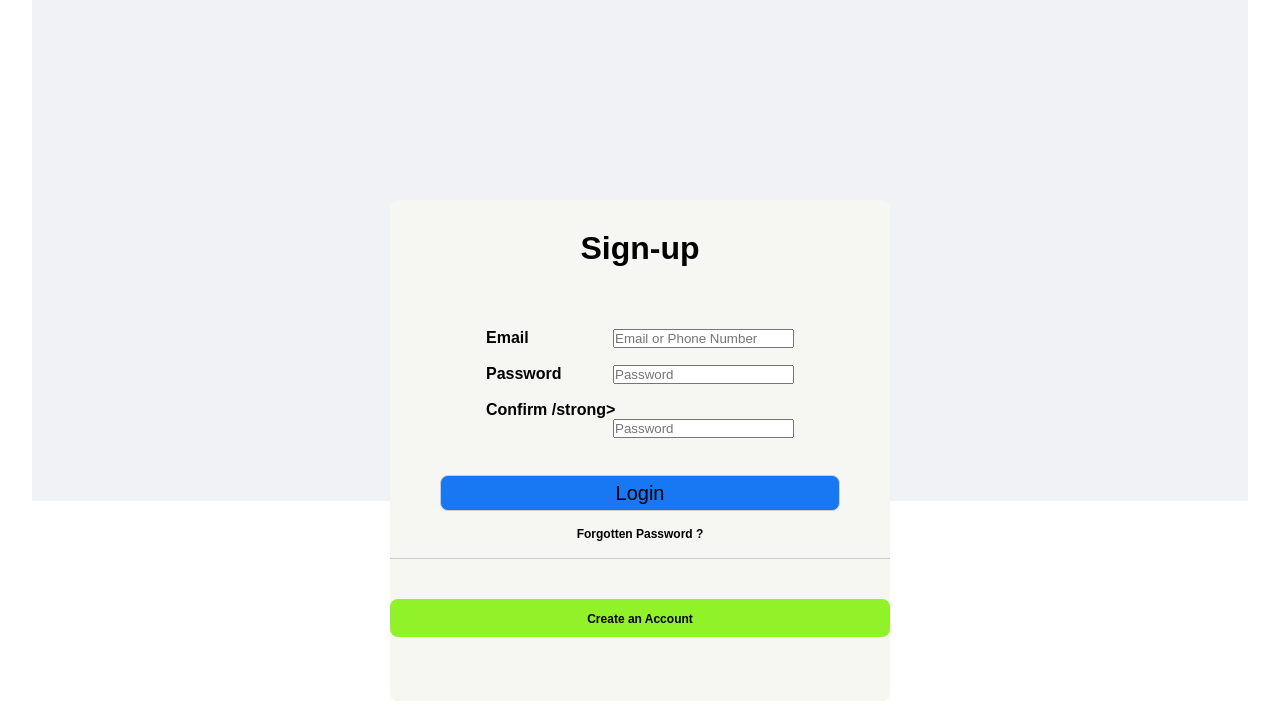
Repository: Naohonproject/web101x02_asm1
Page: Signup.html
The author's editor kept a copy of each file at every save. The page is drawn from the files as they stood at one save, then again after the next save.
The browser window is 1280 px wide. The pictures show the whole page.

Above is the page before, as saved 2022-01-16 00:23:31.

### Signup.html
<!-- @format -->

<!DOCTYPE html>
<html lang="en">
	<head>
		<meta charset="UTF-8" />
		<meta http-equiv="X-UA-Compatible" content="IE=edge" />
		<meta name="viewport" content="width=device-width, initial-scale=1.0" />

		<link rel="stylesheet" href="./assets/css/style.css" />
		<link rel="stylesheet" href="./assets/css/responsive.css" />

		<title>Signup</title>
	</head>
	<body>
		<div class="container">
			<form class="form" id="form-signup" action="" method="">
				<div class="form-wrapper">
					<div class="logo">
						<h1>Sign-up</h1>
					</div>
					<div class="input">
						<div class="user-input">
							<label for="user-id"><strong>Email</strong></label>
							<input
								type="text"
								id="user-id"
								required
								placeholder="Email or Phone Number"
							/>
						</div>

						<div class="user-input">
							<label for="user-pass"><strong>Password</strong></label>
							<input
								type="text"
								id="user-pass"
								required
								placeholder="Password"
							/>
						</div>

						<div class="user-input">
							<label for="user-pass"><strong>Confirm /strong></label>
							<input
								type="text"
								id="user-pass"
								required
								placeholder="Password"
							/>
						</div>
						<div class="clear"></div>
					</div>
					<div class="btn-block">
						<div class="btn">
							<button type="button">Login</button>
						</div>

						<div class="forgotten">
							<a href="">Forgotten Password ?</a>
						</div>
						<div class="Create-acc">
							<a href="Signup.html" target="_blank">Create an Account</a>
						</div>
					</div>
				</div>
			</form>
		</div>
	</body>
</html>

### assets/css/style.css
/** @format */

/* common */

/* reset css */
* {
	box-sizing: border-box;
	padding: 0;
	margin: 0;
	text-decoration: none;
	color: #000;
}

/* row style */

/* collumn style */

/* Set text lineweight to Bold */
.bold-text {
	font-weight: 640;
}
.white-text {
	color: #fff !important;
}

.pull-left {
	float: left !important;
}

.pull-right {
	float: right !important;
}

.box-padding {
	padding: 40px 56px 30px;
}

.clear {
	clear: both;
}

/* specific */

html {
	font-family: Arial, Helvetica, sans-serif;
}

body {
	padding: 0 32px;
}
/* start styling header */
#header {
	height: 56px;
	width: 100%;
	background-color: #fff;
	background-clip: border-box;
	color: #000;
	font-size: 16px;
	text-transform: uppercase;
	font-weight: 500;
	position: fixed;
	top: 0;
	left: 0;
	z-index: 1;
	padding: 0 32px;
}

.header-wrapper {
	height: 100%;
	padding: 0 64px;
}

#header li:hover {
	background-color: #282830;
	cursor: pointer;
}
#header li:hover a {
	color: #fff;
}

#header li {
	display: inline-block;
	margin-left: 16px;
	line-height: 56px;
	padding: 0 16px;
}
/* end styling header */

/* start styling banner */
#banner {
	width: 100%;
	margin-top: 56px;
	padding-top: 39.123607%;
	background: url(../img/banner/banner.png) top center / cover no-repeat;
	background-origin: border-box;
	position: relative;
	top: 0;
	left: 0;
}

.banner-text-content {
	position: absolute;
	top: 160px;
	left: 56px;
}

#banner .content-heading,
.content-desc {
	font-family: "Times New Roman", Times, serif;
}

#banner .content-heading {
	font-size: 28px;
}

#banner .content-desc {
	font-size: 24px;
}
/* end styling banner */

/* start styling content */
#content {
	background-color: #e7e7e7;
	width: 100%;
	background-clip: border-box;
}

#content .content-heading h2,
p {
	padding: 4px 0;
}

#content .content-heading {
	margin-bottom: 20px;
}
#content img {
	display: block;
	width: 100%;
}

#content .image-block {
	float: left;
	width: calc(100% / 3);
	padding: 0 16px;
}

#content .content-images-table {
	margin-left: -16px;
	margin-right: -16px;
}

.image-block .first-img {
	margin-bottom: 40px;
}
/* end styling content */

/* start styling footer */
#footer {
	background-color: #ccc;
}

#footer .footer-block {
	float: left;
	max-width: calc(100% / 3);
	padding: 0 16px;
}

#footer .footer-wrapper {
	padding-bottom: 56px;
}

#footer h3,
p,
a {
	padding: 12px 0px;
}

#footer p {
	line-height: 24px;
}
#footer a {
	color: #1dabb8;
}
/* end styling footer */

/* start styling login.html */

.container {
	background-color: #f0f2f5;
}
.form-wrapper {
	width: 500px;
	margin: 0 auto;
	text-align: center;
	position: relative;
	top: 200px;
	background-color: #f6f7f2;
	border-radius: 8px;
	padding: 10px 0px 24px;
}

.form .logo {
	padding: 20px 40px;
	margin-bottom: 16px;
}
.form .input {
	padding: 8px 24px;
	margin-bottom: 24px;
}

.form .user-input {
	padding: 18px 72px;
}

.form .user-input label {
	display: inline-block;
	float: left;
}

.form .user-input input {
	display: inline-block;
	float: right;
}

.btn-block .btn {
	padding: 5px 0;
	margin-bottom: 8px;
	position: relative;
}

.btn-block .btn button {
	font-size: 20px;
	display: inline-block;
	width: 400px;
	height: 36px;
	background-color: #1877f2;
	border-radius: 8px;
	border: solid 1px #ccc;
}

.btn-block a {
	font-size: 12px;
}

.btn-block .forgotten {
	margin-bottom: 40px;
	border-bottom: 1px solid #ccc;
	padding-bottom: 16px;
}

.btn-block .Create-acc {
	background-color: #92f22a;
	background-clip: padding-box;
	padding: 10px 56px;
	border-radius: 8px;
	margin-bottom: 40px;
}

.clear {
	clear: both;
}

Loaded but not shown: assets/css/responsive.css (no stored copy; drawn as an empty file)

After the next save:
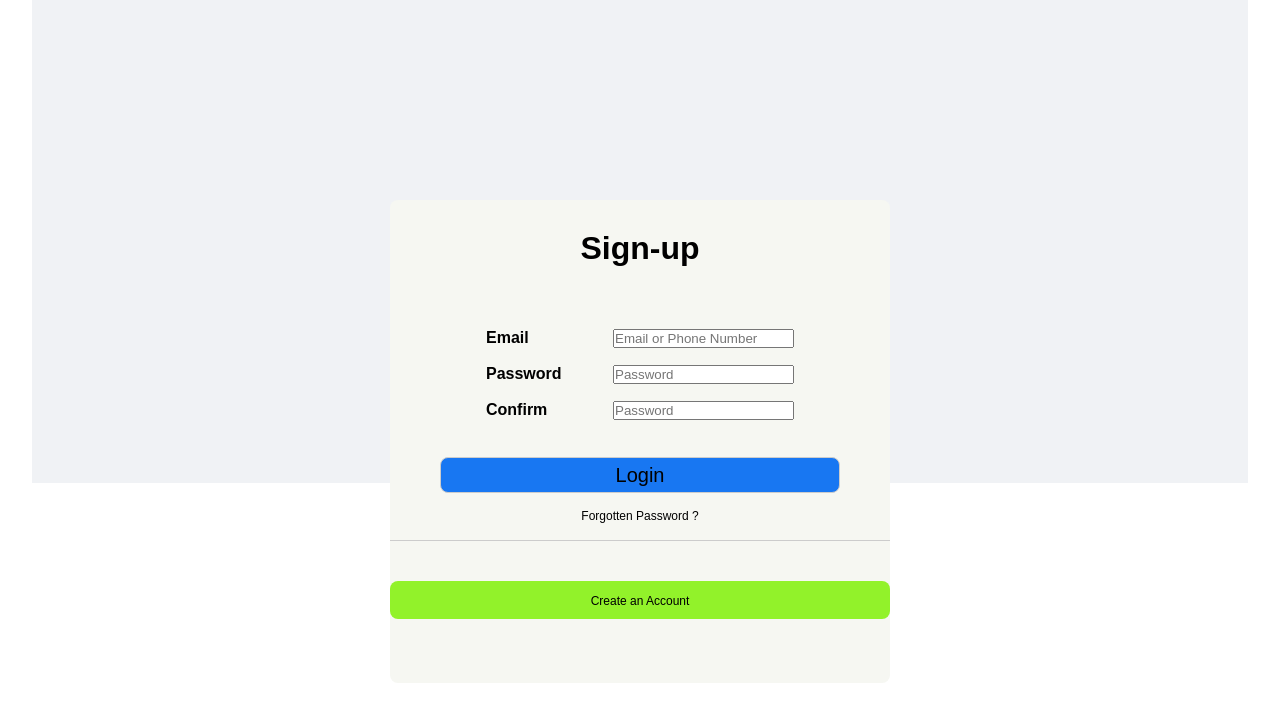
Saved 6 s later.
--- a/Signup.html
+++ b/Signup.html
@@ -41,7 +41,7 @@
 						</div>
 
 						<div class="user-input">
-							<label for="user-pass"><strong>Confirm /strong></label>
+							<label for="user-pass"><strong>Confirm </strong></label>
 							<input
 								type="text"
 								id="user-pass"
